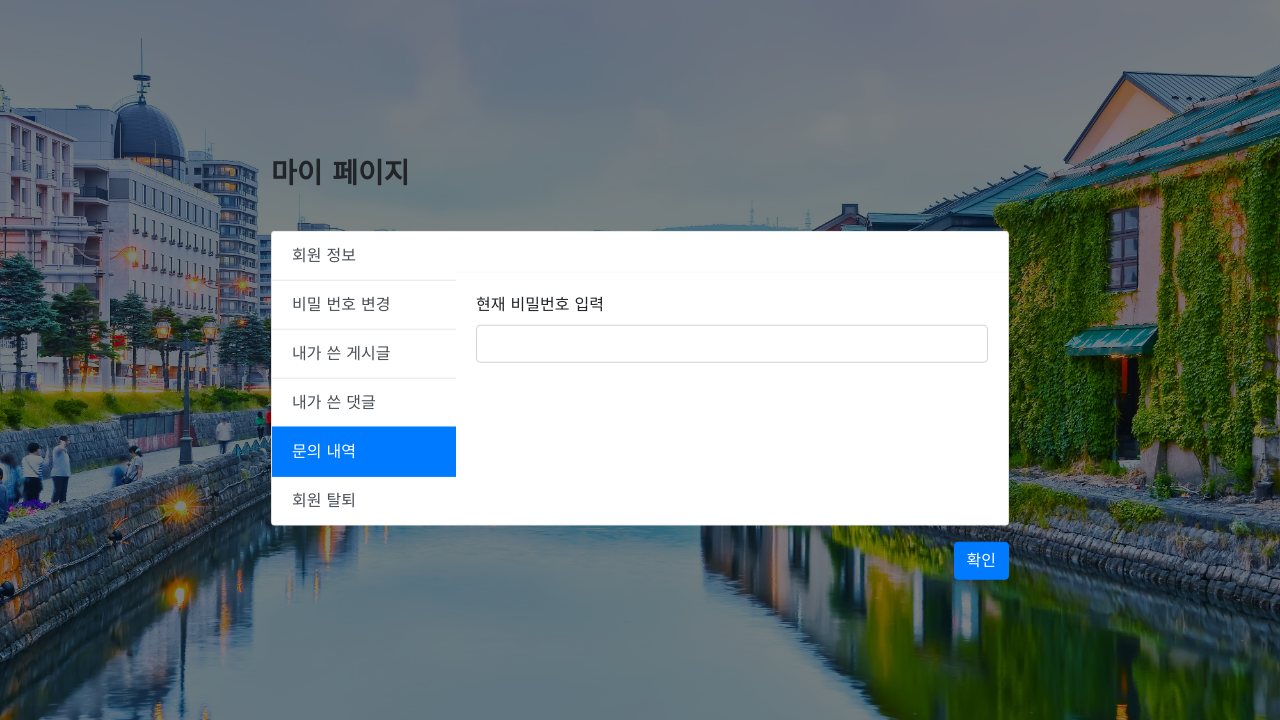
Repository: ExiNni/Travel-Project
Page: http://localhost/project_login/myPage/user-inquiry-password.jsp
The author's editor kept a copy of each file at every save. The page is drawn from the files as they stood at one save, then again after the next save.
The browser window is 1280 px wide. The pictures show the whole page.
The page is served by Tomcat 9. Other server files are loaded and not shown.

Above is the page before, as saved 2023-11-08 06:56:44.

### project_login/src/main/webapp/myPage/user-inquiry-password.jsp
<%@ page language="java" contentType="text/html; charset=UTF-8"
	pageEncoding="UTF-8"%>
<!DOCTYPE html>
<html>
<head>
<meta charset="UTF-8">
<meta name="viewport" content="width=device-width, initial-scale=1.0">
<title>마이페이지</title>
<link rel="stylesheet" href="../myPage/mypage-css/mypage.css">
<link
	href="https://cdn.jsdelivr.net/npm/bootstrap@4.5.0/dist/css/bootstrap.min.css"
	rel="stylesheet">

</head>
<body>
	<form action="LoginServlet" method="post">
		<header>
        <div class="total">
            <div class="container light-style flex-grow-1 container-p-y">
                <h3 class="font-weight-bold py-3 mb-4">
                    마이 페이지
                </h3>

                <div class="card overflow-hidden">
                    <div class="row no-gutters row-bordered row-border-light">
                        <div class="col-md-3 pt-0">
                            <div class="list-group list-group-flush account-settings-links">
                                <a class="list-group-item list-group-item-action" data-toggle="list" href="./user-info.html">회원
                                    정보</a>
                                <a class="list-group-item list-group-item-action" data-toggle="list" href="./user-password.html">비밀 번호
                                    변경</a>
                                <a class="list-group-item list-group-item-action" data-toggle="list"
                                    href="./user-post.html">내가 쓴 게시글</a>


                                <a class="list-group-item list-group-item-action" data-toggle="list" href="./user-comment.html">내가 쓴
                                    댓글</a>
                                <a class="list-group-item list-group-item-action active" data-toggle="list" href="./user-inquiry-password.html">문의 내역</a>
                                <a class="list-group-item list-group-item-action" data-toggle="list" href="./user-delete.html">회원 탈퇴</a>
                            </div>
                        </div>
                        <div class="col-md-9">
                            <div class="tab-content">
                                <div class="card-body media align-items-center">
                                </div>
                            </div>
                            <hr class="border-light m-0">
                            <div class="card-body">
                                <div class="form-group">
                                    <label class="form-label">현재 비밀번호 입력</label>
                                    <input type="password" class="form-control mb-1" value="">
                                </div>


                            </div>
                        </div>
                    </div>
                </div>
                <div class="text-right mt-3">
                    <a href="./user-inquiry.html"><button type="button" class="btn btn-primary">확인</button></a>
                </div>
            </div>
        </div>
    </header>
	</form>
</body>
</html>

### project_login/src/main/webapp/myPage/mypage-css/mypage.css
@charset "EUC-KR";

header{
    background-image:linear-gradient(rgba(0,0,0,0.5),rgba(0,0,0,0.5)), url('3.jpg');
    height: 100vh;
    background-size: cover;
    background-position: center;
}

.total {
    position: absolute;
    top: 50%;
    left: 50%;
    transform: translate(-50%, -50%);
    font-family: Verdana, Geneva, Tahoma, sans-serif;
    width: 60%;
}

#cancle{
    background-color: gray;
    border-color: gray;
}

#delete{
    background-color: red;
    border-color: red;

}

.sad{
    margin-left: 10%;
}

After the next save:
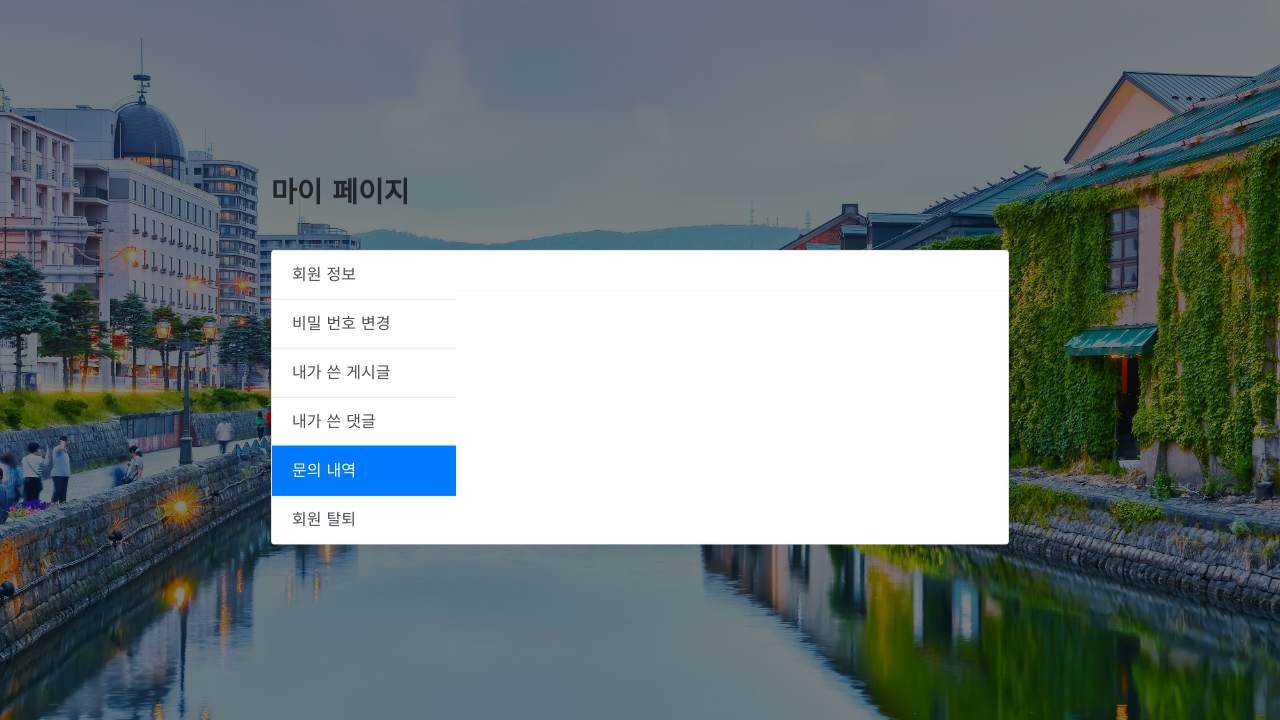
Saved 26 s later.
--- a/project_login/src/main/webapp/myPage/user-inquiry-password.jsp
+++ b/project_login/src/main/webapp/myPage/user-inquiry-password.jsp
@@ -46,10 +46,7 @@
                             </div>
                             <hr class="border-light m-0">
                             <div class="card-body">
-                                <div class="form-group">
-                                    <label class="form-label">현재 비밀번호 입력</label>
-                                    <input type="password" class="form-control mb-1" value="">
-                                </div>
+
 
 
                             </div>
@@ -57,7 +54,6 @@
                     </div>
                 </div>
                 <div class="text-right mt-3">
-                    <a href="./user-inquiry.html"><button type="button" class="btn btn-primary">확인</button></a>
                 </div>
             </div>
         </div>
